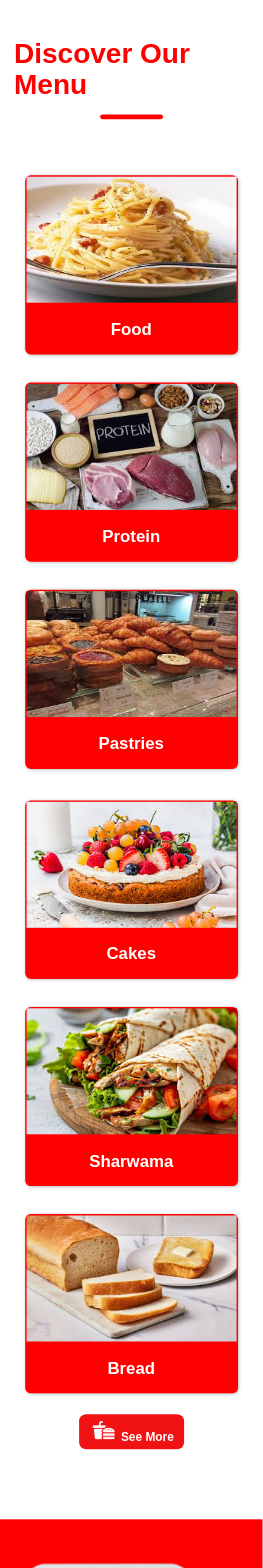
Repository: trenzyfx1/crunches-online-
Page: index.html
These files come from the project's save history. The page is drawn as it stood at one moment and after a run of saves; the edit follows.
The browser window is 375 px wide. The pictures show the part of the page from y = 918 to 3158 px (the page is 9039 px tall before and 9015 px after), at 70% of full size.

Above is the page before, as saved 2025-04-13 17:21:43.

After the next 2 saves:
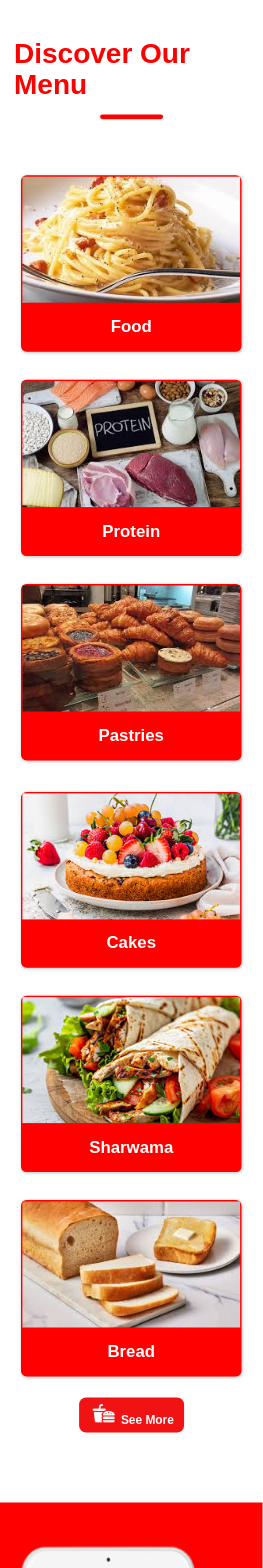
The 2 saves are shown as one change because they came seconds apart.
The last was saved 6 s later.
--- a/style.css
+++ b/style.css
@@ -812,7 +812,7 @@
         display: none;
     }
 
-    .food-section,  {
+    .food-section, .food-section IMG {
         width: 100%;
         display: block;
         object-fit: cover;

After the save that followed:
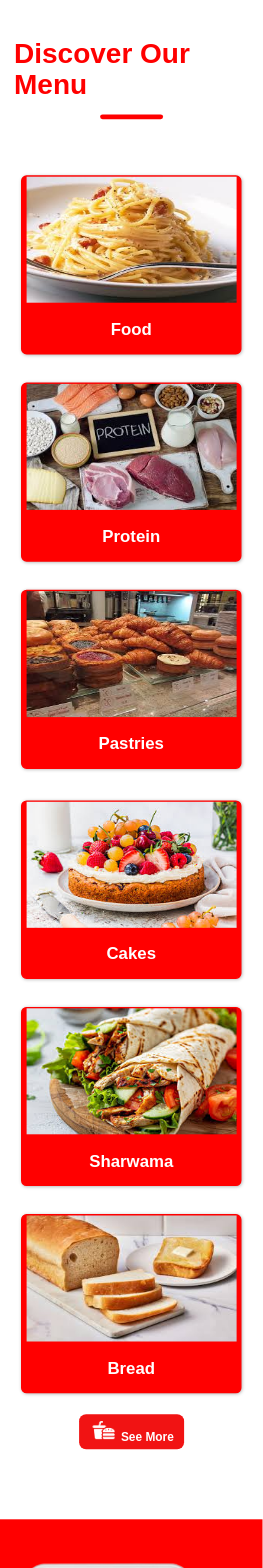
Saved 4 s later.
--- a/style.css
+++ b/style.css
@@ -812,7 +812,7 @@
         display: none;
     }
 
-    .food-section, .food-section IMG {
+    .food-section, .food-section  {
         width: 100%;
         display: block;
         object-fit: cover;
